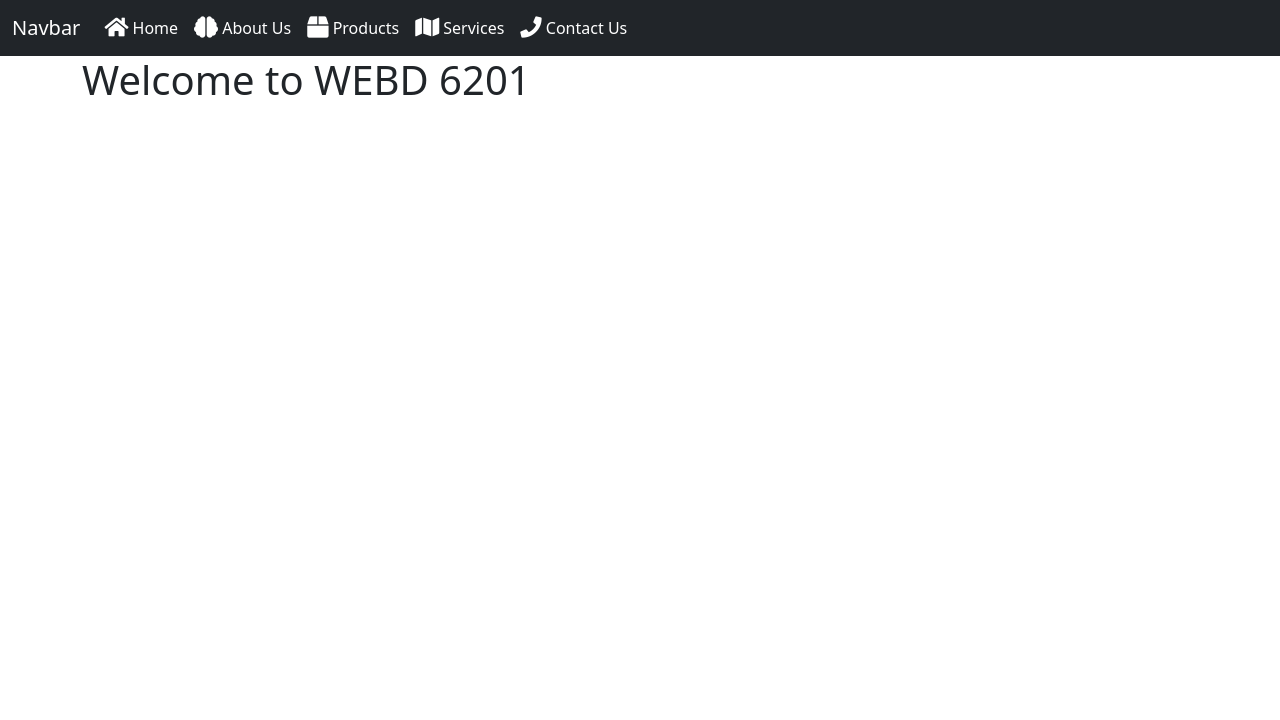
Repository: AshokSasi/WEBD6201-Week3
Page: index.html
An editor plug-in stored every save of this project. The page is shown before and after the next save, followed by the edit.
The browser window is 1280 px wide. The pictures show the whole page.

Above is the page before, as saved 2021-01-20 09:11:09.

After the next save:
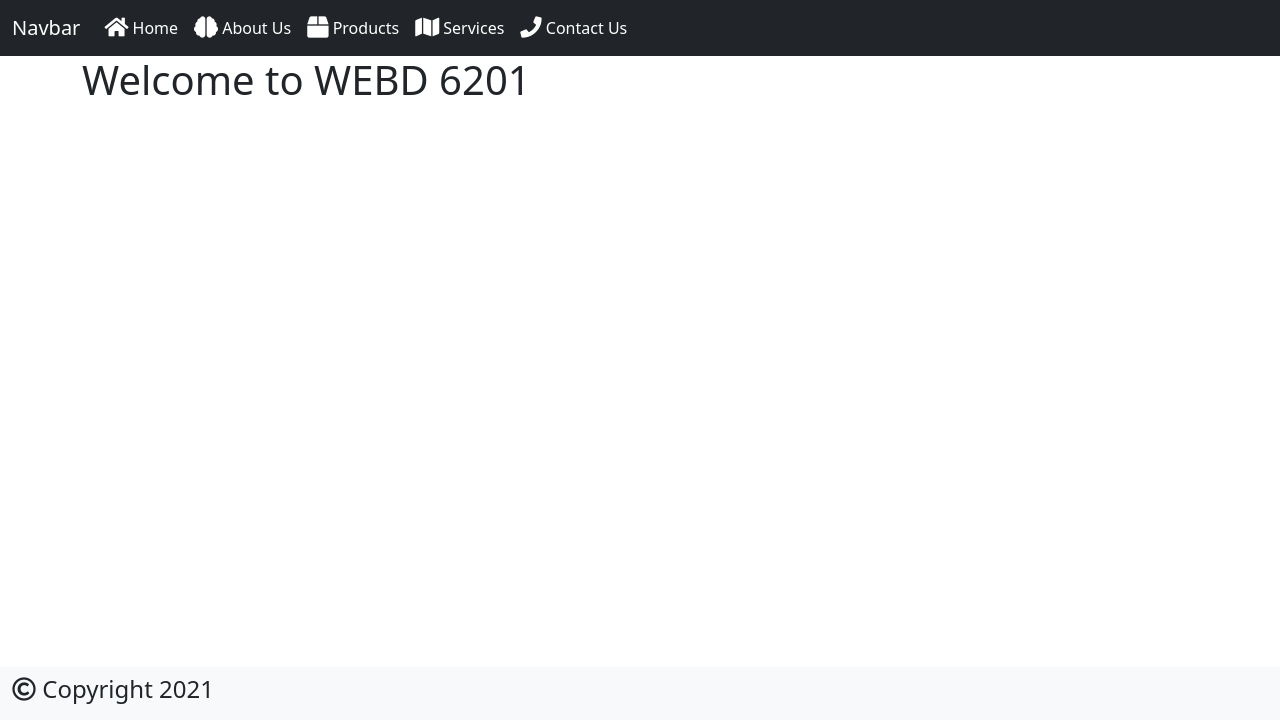
Saved 27 s later.
--- a/index.html
+++ b/index.html
@@ -46,6 +46,15 @@
 
     </main>
 
+    <!--Footer Nav -->
+    <footer>
+        <nav class="navbar fixed-bottom navbar-light bg-light">
+            <div class="container-fluid">
+              <h4><i class="far fa-copyright"></i> Copyright 2021</h4>
+            </div>
+          </nav>
+    </footer>
+
     <!--Javascript section-->
     <script src="./Scripts/app.js"></script>
     <script src="./node_modules/jquery/dist/jquery.min.js"></script>
